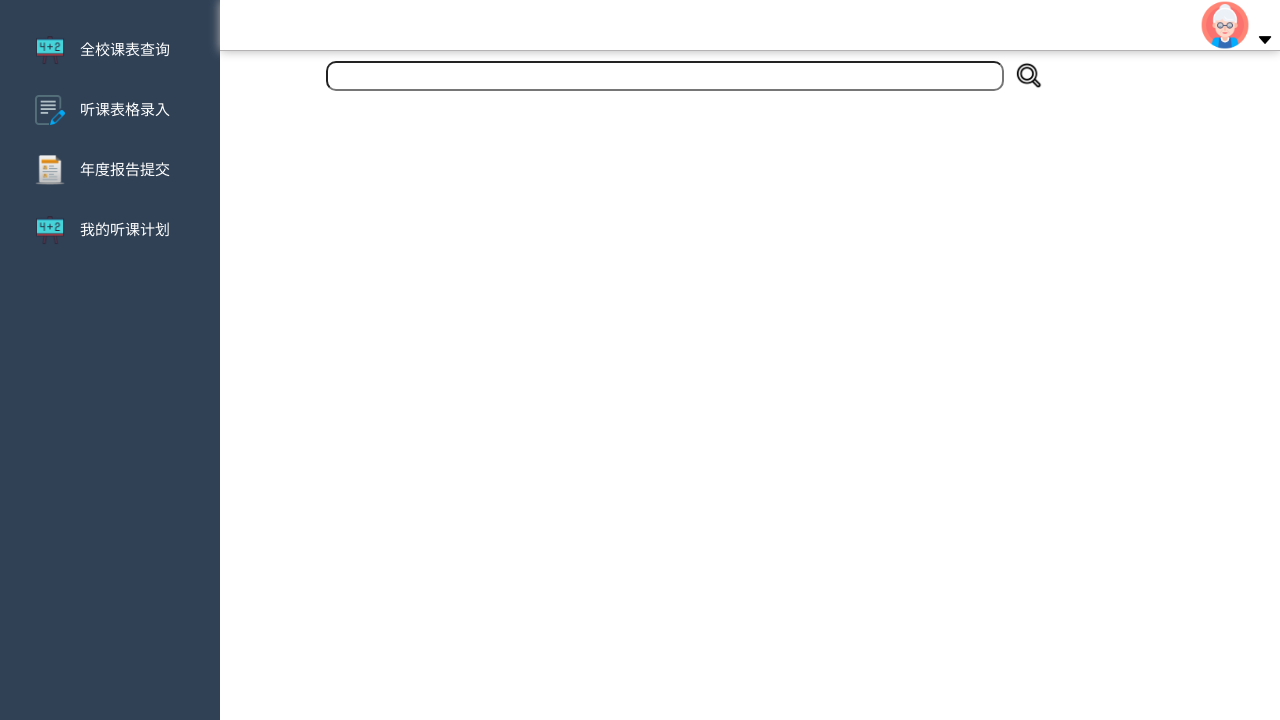
Repository: shandamengcheng/graduate-project
Page: /home
The author's editor kept a copy of each file at every save. The page is drawn from the files as they stood at one save, then again after the next save.
The browser window is 1280 px wide. The pictures show the whole page.
The first visible `input` has the focus.
The project was rebuilt for these pictures with package versions that can differ from the ones it lists, and the page was loaded fresh each time. Also part of the build but not shown: src/views/Login.vue, src/components/Record.vue, src/components/Report.vue.

Above is the page before, as saved 2021-03-14 15:00:32.

After the next save:
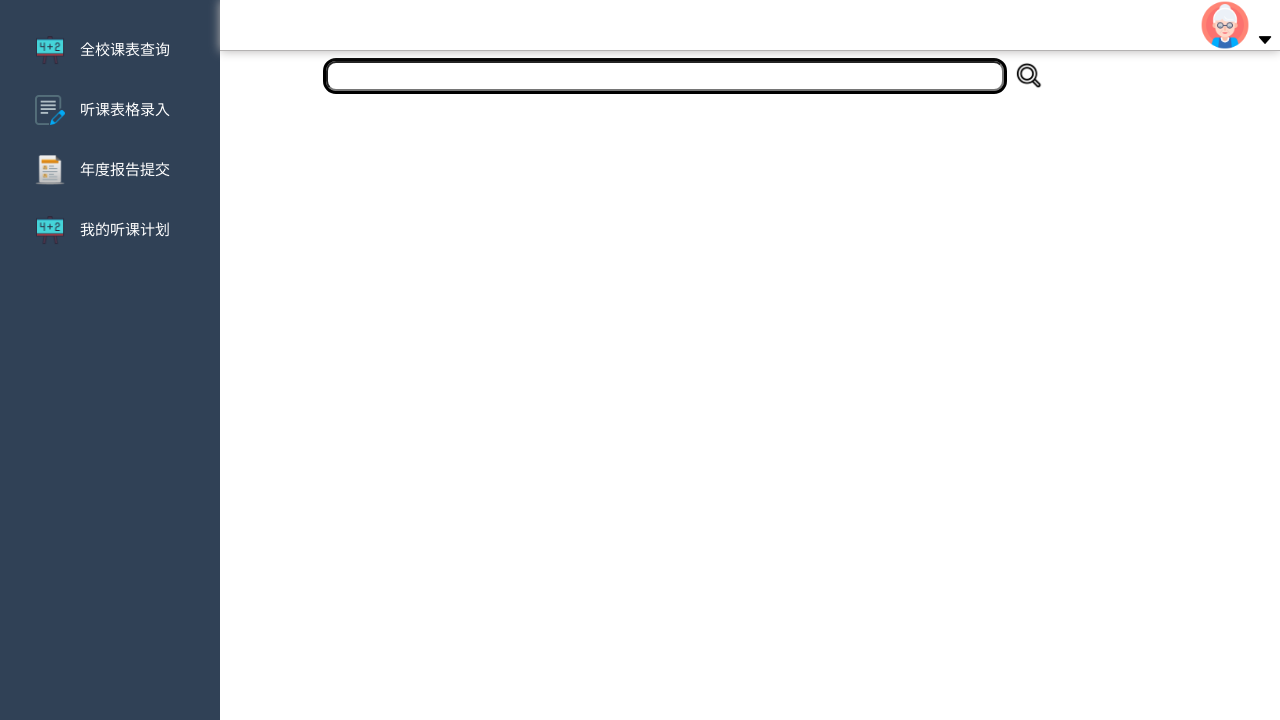
Saved 31 s later.
--- a/src/components/Search.vue
+++ b/src/components/Search.vue
@@ -32,7 +32,7 @@
   vertical-align: top;
 }
 input:focus {
-  outline: blue;
+  outline: solid;
 }
 .search img {
   display: inline-block;

After the 2 saves that followed:
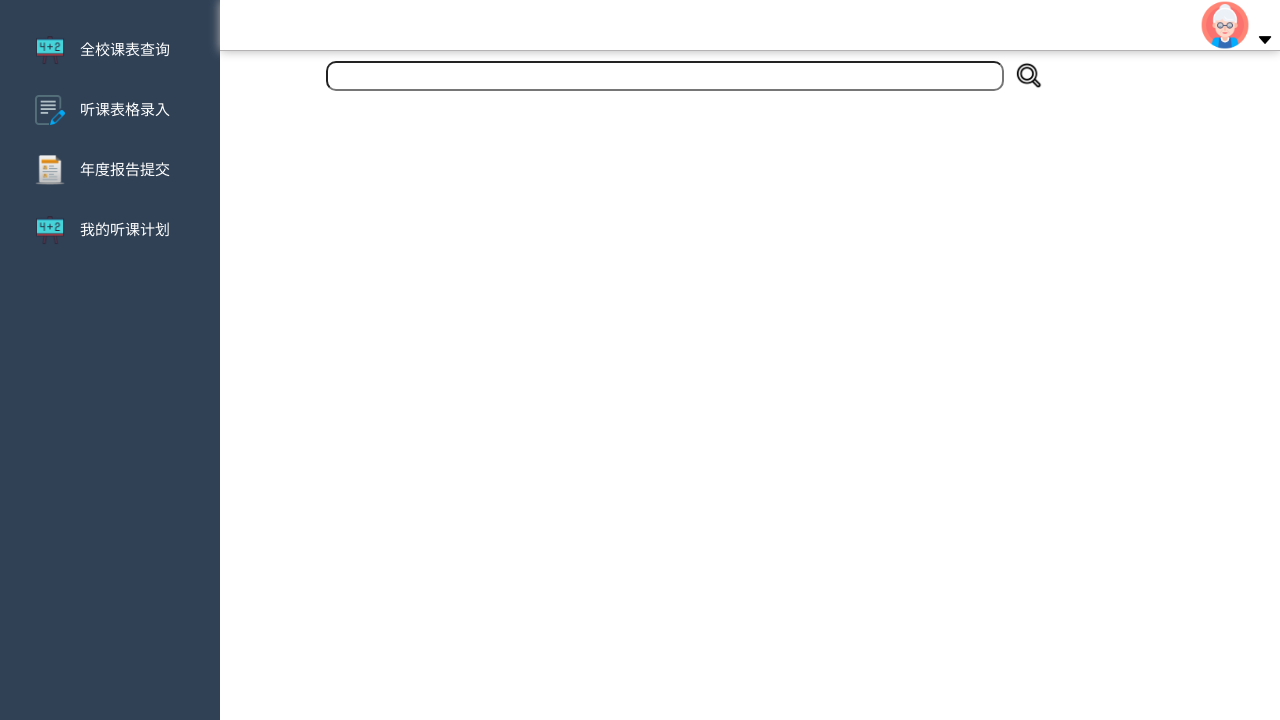
The 2 saves are shown as one change because they came seconds apart.
The last was saved 15 s later.
--- a/src/components/Search.vue
+++ b/src/components/Search.vue
@@ -31,9 +31,6 @@
   box-sizing: border-box;
   vertical-align: top;
 }
-input:focus {
-  outline: solid;
-}
 .search img {
   display: inline-block;
   width: 30px;
